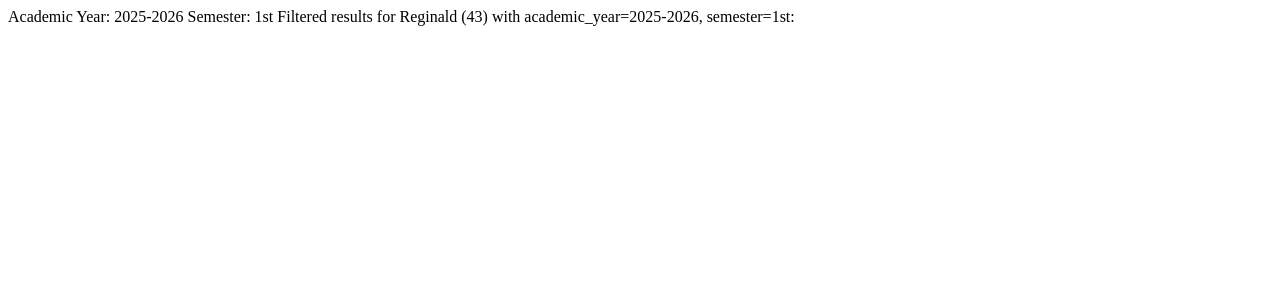
Repository: Xziannluis/ADCES-SYSTEM
Page: http://localhost/ADCES-SYSTEM/check_times.php
The author's editor kept a copy of each file at every save. The page is drawn from the files as they stood at one save, then again after the next save.
The browser window is 1280 px wide. The pictures show the whole page.
The page is run by PHP 8.4 with error messages shown; the project is at /var/www/html/. The database holds what the project's SQL file puts in it.

Above is the page before, as saved 2026-06-01 11:14:42.

### check_times.php
<?php
require_once 'config/database.php';
$database = new Database();
$db = $database->getConnection();

// Simulating what the print page does
$academic_year = $_GET['academic_year'] ?? '';
$semester = $_GET['semester'] ?? '1st';

if (empty($academic_year)) {
    $month = (int)date('n');
    $year = (int)date('Y');
    if ($month >= 6) {
        $academic_year = $year . '-' . ($year + 1);
    } else {
        $academic_year = ($year - 1) . '-' . $year;
    }
}

echo "Academic Year: " . $academic_year . "\n";
echo "Semester: " . $semester . "\n\n";

// Now check evaluations with these filters
$query = "SELECT e.id, e.teacher_id, t.name, e.academic_year, e.semester, e.observation_date, e.observation_time
          FROM evaluations e
          JOIN teachers t ON t.id = e.teacher_id
          WHERE t.id = 43 AND e.academic_year = ? AND e.semester = ?
          ORDER BY e.observation_date";
$stmt = $db->prepare($query);
$stmt->execute([$academic_year, $semester]);
$results = $stmt->fetchAll(PDO::FETCH_ASSOC);
echo "Filtered results for Reginald (43) with academic_year=$academic_year, semester=$semester:\n";
foreach ($results as $row) {
    echo "ID " . $row['id'] . ": " . $row['observation_date'] . " " . $row['observation_time'] . " (academic_year=" . $row['academic_year'] . ", semester=" . $row['semester'] . ")\n";
}

### config/database.php
<?php
date_default_timezone_set('Asia/Manila');

class Database {
    private $host = "127.0.0.1";
    private $port = "3306";
    private $db_name = "ai_classroom_eval";
    private $username = "root";
    private $password = "";
    public $conn;
    public $lastError = null;

    public function getConnection() {
        $this->conn = null;
        $this->lastError = null;
        $drivers = class_exists('PDO') ? PDO::getAvailableDrivers() : [];

        if (!in_array('mysql', $drivers, true)) {
            $this->lastError = 'PDO MySQL driver is not installed or enabled.';
            error_log('Database connection error: ' . $this->lastError);
            return null;
        }

        $dsnCandidates = [
            "mysql:host={$this->host};port={$this->port};dbname={$this->db_name};charset=utf8mb4",
            "mysql:host=localhost;port={$this->port};dbname={$this->db_name};charset=utf8mb4",
            "mysql:host={$this->host};dbname={$this->db_name};charset=utf8mb4",
            "mysql:host=localhost;dbname={$this->db_name};charset=utf8mb4",
        ];

        foreach ($dsnCandidates as $dsn) {
            try {
                $this->conn = new PDO($dsn, $this->username, $this->password, [
                    PDO::ATTR_ERRMODE => PDO::ERRMODE_EXCEPTION,
                    PDO::ATTR_DEFAULT_FETCH_MODE => PDO::FETCH_ASSOC,
                    PDO::ATTR_TIMEOUT => 5,
                ]);
                $this->conn->exec("SET NAMES utf8mb4");
                return $this->conn;
            } catch(PDOException $exception) {
                $this->lastError = $exception->getMessage();
                error_log("Database connection error using DSN {$dsn}: " . $exception->getMessage());
            }
        }

        return null;
    }

    public function getLastError() {
        return $this->lastError;
    }
}
?>

### assets/database/seed/database_complete.sql (the tables this page reads)
CREATE TABLE `evaluations` (
  `id` INT PRIMARY KEY AUTO_INCREMENT,
  `teacher_id` INT NOT NULL,
  `evaluator_id` INT NOT NULL,
  `academic_year` VARCHAR(20),
  `semester` VARCHAR(20),
  `subject_observed` VARCHAR(255),
  `observation_time` VARCHAR(100),
  `observation_date` DATE,
  `observation_type` VARCHAR(50),
  `seat_plan` TINYINT DEFAULT 0,
  `course_syllabi` TINYINT DEFAULT 0,
  `others_requirements` TINYINT DEFAULT 0,
  `others_specify` TEXT,
  `status` ENUM('draft', 'completed') DEFAULT 'draft',
  `communications_avg` DECIMAL(3,2),
  `management_avg` DECIMAL(3,2),
  `assessment_avg` DECIMAL(3,2),
  `overall_avg` DECIMAL(3,2),
  `strengths` TEXT,
  `improvement_areas` TEXT,
  `recommendations` TEXT,
  `rater_printed_name` VARCHAR(255),
  `agreement` TEXT,
  `rater_signature` LONGTEXT,
  `rater_date` DATE,
  `faculty_printed_name` VARCHAR(255),
  `faculty_signature` LONGTEXT,
  `faculty_date` DATE,
  `created_at` TIMESTAMP DEFAULT CURRENT_TIMESTAMP,
  `updated_at` TIMESTAMP DEFAULT CURRENT_TIMESTAMP ON UPDATE CURRENT_TIMESTAMP,
  FOREIGN KEY (`teacher_id`) REFERENCES `teachers`(`id`) ON DELETE CASCADE,
  FOREIGN KEY (`evaluator_id`) REFERENCES `users`(`id`) ON DELETE CASCADE,
  KEY `teacher_idx` (`teacher_id`),
  KEY `evaluator_idx` (`evaluator_id`),
  KEY `status_idx` (`status`),
  KEY `created_at_idx` (`created_at`)
) ENGINE=InnoDB DEFAULT CHARSET=utf8mb4 COLLATE=utf8mb4_unicode_ci;

INSERT INTO `evaluations` (
  `teacher_id`, `evaluator_id`, `academic_year`, `semester`, `subject_observed`, 
  `observation_date`, `observation_type`, `seat_plan`, `course_syllabi`, 
  `status`, `communications_avg`, `management_avg`, `assessment_avg`, `overall_avg`,
  `strengths`, `improvement_areas`, `recommendations`,
  `rater_signature`, `rater_date`, `faculty_signature`, `faculty_date`, `created_at`
) VALUES
(1, 4, '2023-2024', '1st', 'Data Structures', '2023-11-15', 'Formal', 1, 1, 
'completed', 4.4, 4.2, 4.0, 4.2,
'Excellent classroom management and student engagement. Clear explanations and well-organized lessons.',
'Could improve on incorporating more real-world examples. Time management during discussions could be better.',
'Continue developing interactive teaching strategies. Work on balancing theoretical and practical examples.',
'Dr. Dean CCS', '2023-11-15', 'John Smith', '2023-11-16', NOW()),

(2, 5, '2023-2024', '1st', 'Database Management', '2023-11-18', 'Formal', 1, 1,
'completed', 4.6, 4.4, 4.5, 4.5,
'Outstanding delivery of complex material. Excellent use of visual aids and examples. Students actively engaged.',
'Minor: Could provide more opportunities for student-led discussions.',
'Maintain current teaching excellence. Consider developing advanced discussion techniques.',
'Prof. Coordinator', '2023-11-18', 'Mary Johnson', '2023-11-19', NOW());

CREATE TABLE `teachers` (
  `id` INT PRIMARY KEY AUTO_INCREMENT,
  `user_id` INT NOT NULL,
  `name` VARCHAR(255) NOT NULL,
  `department` VARCHAR(100),
  `email` VARCHAR(100),
  `phone` VARCHAR(20),
  `photo_path` VARCHAR(255),
  `evaluation_schedule` DATETIME,
  `evaluation_room` VARCHAR(100),
  `status` ENUM('active', 'inactive') DEFAULT 'active',
  `created_at` TIMESTAMP DEFAULT CURRENT_TIMESTAMP,
  `updated_at` TIMESTAMP DEFAULT CURRENT_TIMESTAMP ON UPDATE CURRENT_TIMESTAMP,
  FOREIGN KEY (`user_id`) REFERENCES `users`(`id`) ON DELETE CASCADE,
  KEY `department_idx` (`department`),
  KEY `status_idx` (`status`)
) ENGINE=InnoDB DEFAULT CHARSET=utf8mb4 COLLATE=utf8mb4_unicode_ci;

INSERT INTO `teachers` (`user_id`, `name`, `department`, `email`, `phone`, `evaluation_schedule`, `status`) VALUES
(8, 'John Smith', 'CCIS', 'john.smith@school.edu', '555-0001', '2023-11-20 10:00:00', 'active'),
(9, 'Mary Johnson', 'CCIS', 'mary.johnson@school.edu', '555-0002', '2023-11-21 14:00:00', 'active'),
(10, 'Robert Brown', 'Engineering', 'robert.brown@school.edu', '555-0003', '2023-11-22 09:00:00', 'active');

After the next save:
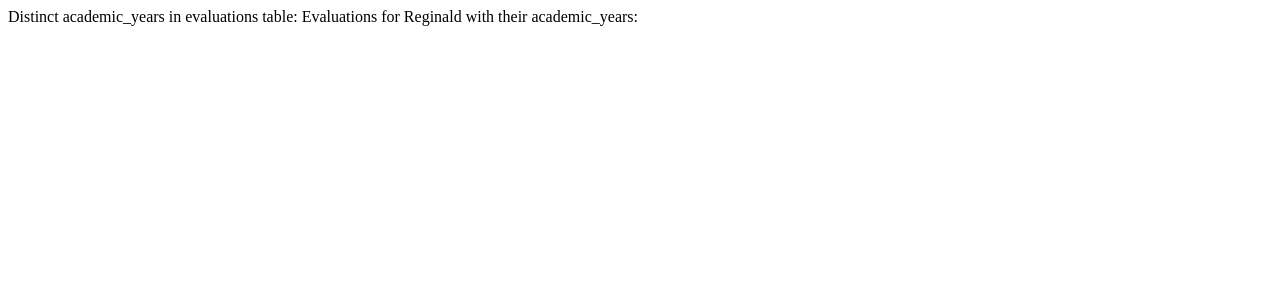
Saved 12 s later.
--- a/check_times.php
+++ b/check_times.php
@@ -3,33 +3,21 @@ require_once 'config/database.php';
 $database = new Database();
 $db = $database->getConnection();
 
-// Simulating what the print page does
-$academic_year = $_GET['academic_year'] ?? '';
-$semester = $_GET['semester'] ?? '1st';
-
-if (empty($academic_year)) {
-    $month = (int)date('n');
-    $year = (int)date('Y');
-    if ($month >= 6) {
-        $academic_year = $year . '-' . ($year + 1);
-    } else {
-        $academic_year = ($year - 1) . '-' . $year;
-    }
+// Check what academic_year the evaluations have
+echo "Distinct academic_years in evaluations table:\n";
+$query = "SELECT DISTINCT academic_year FROM evaluations WHERE teacher_id = 43 ORDER BY academic_year DESC";
+$stmt = $db->prepare($query);
+$stmt->execute();
+$results = $stmt->fetchAll(PDO::FETCH_ASSOC);
+foreach ($results as $row) {
+    echo "- " . $row['academic_year'] . "\n";
 }
 
-echo "Academic Year: " . $academic_year . "\n";
-echo "Semester: " . $semester . "\n\n";
-
-// Now check evaluations with these filters
-$query = "SELECT e.id, e.teacher_id, t.name, e.academic_year, e.semester, e.observation_date, e.observation_time
-          FROM evaluations e
-          JOIN teachers t ON t.id = e.teacher_id
-          WHERE t.id = 43 AND e.academic_year = ? AND e.semester = ?
-          ORDER BY e.observation_date";
+echo "\n\nEvaluations for Reginald with their academic_years:\n";
+$query = "SELECT id, academic_year, semester, observation_date, observation_time FROM evaluations WHERE teacher_id = 43 ORDER BY observation_date";
 $stmt = $db->prepare($query);
-$stmt->execute([$academic_year, $semester]);
+$stmt->execute();
 $results = $stmt->fetchAll(PDO::FETCH_ASSOC);
-echo "Filtered results for Reginald (43) with academic_year=$academic_year, semester=$semester:\n";
 foreach ($results as $row) {
-    echo "ID " . $row['id'] . ": " . $row['observation_date'] . " " . $row['observation_time'] . " (academic_year=" . $row['academic_year'] . ", semester=" . $row['semester'] . ")\n";
+    echo "ID " . $row['id'] . ": " . $row['observation_date'] . " at " . $row['observation_time'] . " (academic_year: " . $row['academic_year'] . ", semester: " . $row['semester'] . ")\n";
 }
